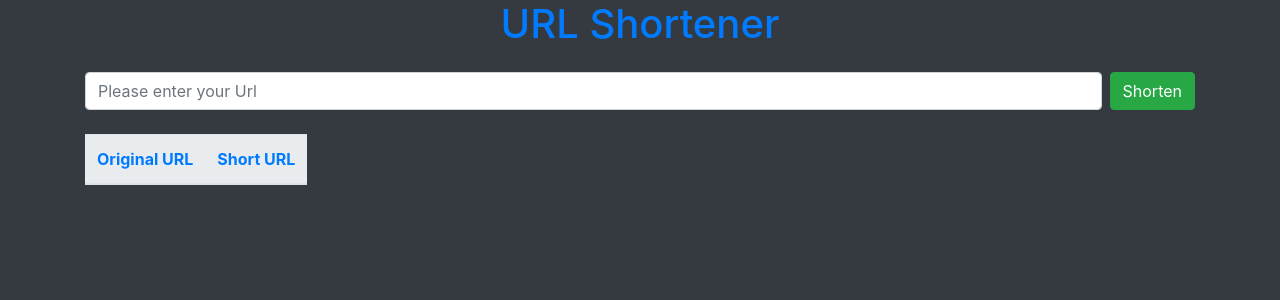
Repository: Art101-ui/Url-shorterner
Page: http://localhost/
An editor plug-in stored every save of this project. The page is shown before and after the next save, followed by the edit.
The browser window is 1280 px wide. The pictures show the whole page.
The page is served by the project's Node server (server.js). Queries for data that is not in the repository find no rows.

Above is the page before, as saved 2022-02-24 14:47:27.

After the next save:
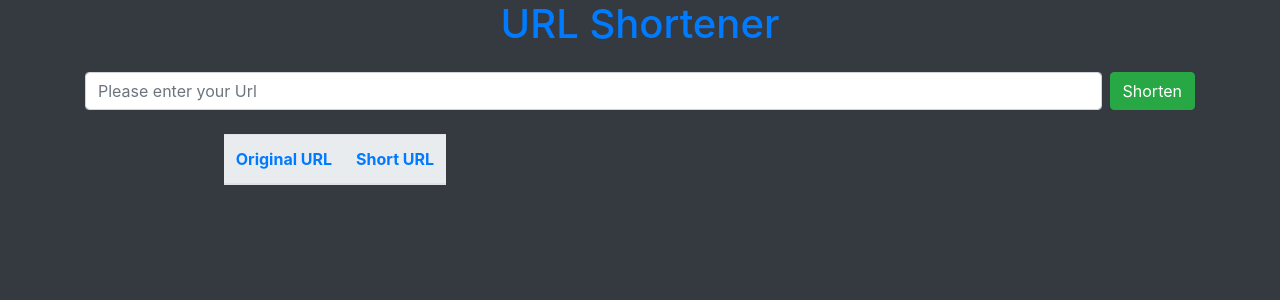
Saved 45 s later.
--- a/views/index.ejs
+++ b/views/index.ejs
@@ -13,7 +13,7 @@
     <title>Document</title>
     <style>
       .table {
-        width: 100%;
+        width: 75%;
       }
     </style>
   </head>
@@ -33,7 +33,7 @@
         <button class="btn btn-success" type="submit">Shorten</button>
       </form>
 
-      <table class="table table-striped table-responsive">
+      <table class="table text-center mx-auto table-striped table-responsive">
         <thead class="thead-light">
           <tr>
             <th class="text-primary">Original URL</th>
